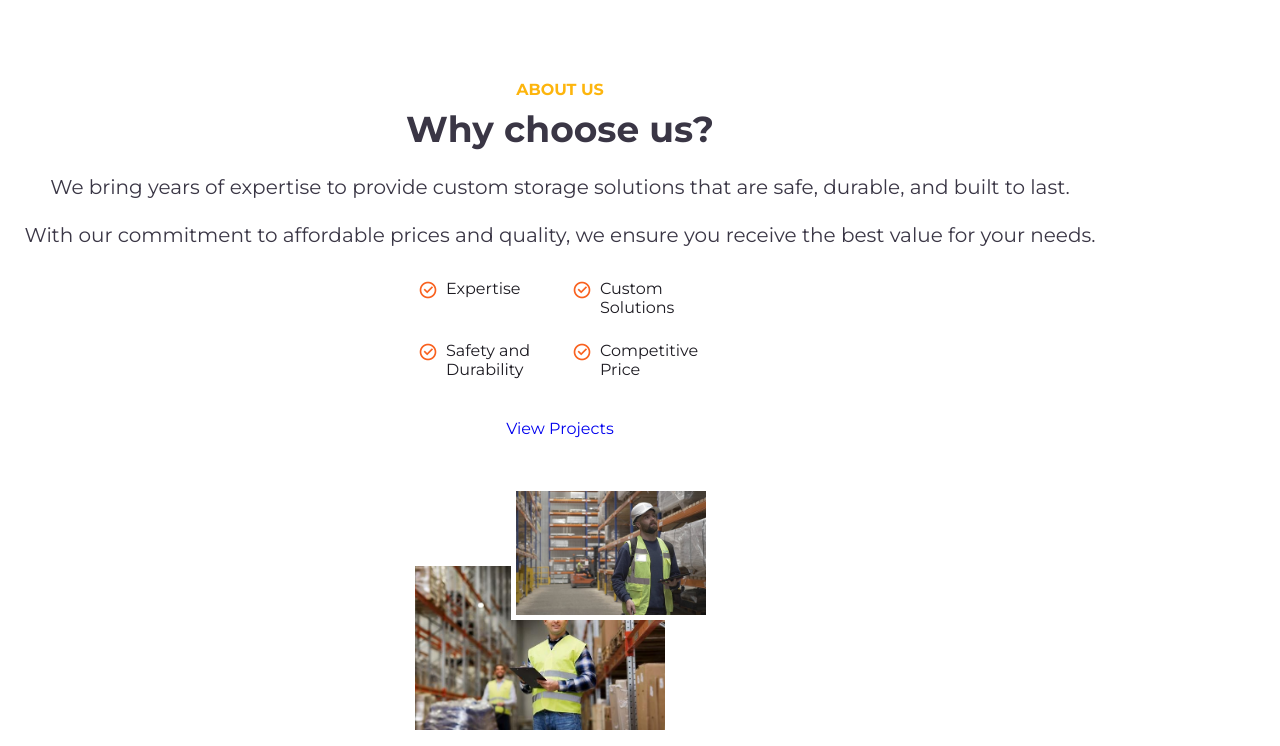
Repository: jahatesu/shelves-and-storage-equipment
Page: index.html
The author's editor kept a copy of each file at every save. The page is drawn from the files as they stood at one save, then again after the next save.
The browser window is 1280 px wide. The pictures show the part of the page from y = 720 to 1466 px (the page is 1466 px tall before and 1238 px after).
Backgrounds fixed to the window are drawn as part of the page. Some web fonts or font styles are not loaded; a fallback is used.

Above is the page before, as saved 2025-01-08 15:42:02.
Console error: TypeError: Cannot read properties of null (reading 'querySelector')

### index.html
<!DOCTYPE html>
<html lang="en">
<head>
    <meta charset="UTF-8">
    <meta name="viewport" content="width=device-width, initial-scale=1.0">
    <!-- Remix Icons -->
    <link rel="stylesheet" href="https://cdnjs.cloudflare.com/ajax/libs/remixicon/4.2.0/remixicon.css">
    <!-- Swiper CSS -->
    <link rel="stylesheet" href="assets\js\swiper-bundle.min.js" />
    <!-- CSS -->
    <link rel="stylesheet" href="style.css">
    <script src="https://cdnjs.cloudflare.com/ajax/libs/jquery/3.7.1/jquery.min.js"></script>
    <title>Shelves and Storage</title>
    <link rel="stylesheet" href="https://fonts.googleapis.com/css?family=Material+Symbols+Rounded&opsz,wght,FILL,GRAD@48,400,0,0" />
</head>

<body>

    <!-- Navigation Bar -->
    <header>
        <div class="logo">
            <img src="assets\images\logo.png" alt="Shelves and Storage Logo">
        </div>

        <div class="navigation">
            <input type="checkbox" id="nav-checkbox">
            <label for="nav-checkbox" class="nav-toggle">
                <i class="ri-menu-fill"></i>
            </label>

            <ul class="nav-menu">
                <li><a href="#">Home</a></li>
                <li><a href="#">About Us</a></li>
                <li><a href="#">Services</a></li>
                <li><a href="#">Products</a></li>
                <li><a href="#">Contact Us</a></li>
            </ul>
        </div>
    </header>

    <!-- Hero Section -->
    <div class="hero">
        <h1 class="animate__animated animate__fadeInDown">Shelves and Storage Equipment</h1>
        <h3 class="animate__animated animate__fadeInUp">Storage and Racking Expert</h3>
    </div>

    <!-- About Section -->
<section class="about section" id="about">
    <div class="about_container container grid">
        <div class="about_data">
            <span class="section_subtitle">ABOUT US</span>
            <h2 class="section_title">Why choose us?</h2>
            <p class="about_description">
                We bring years of expertise to provide custom storage solutions that are safe, durable, and built to last.
                <br><br>With our commitment to affordable prices and quality, we ensure you receive the best value for your needs.
            </p>
            <ul class="about_list grid">
                <li class="about_list-item">
                    <i class="ri-checkbox-circle-line"></i>
                    <span>Expertise</span>
                </li>
                <li class="about_list-item">
                    <i class="ri-checkbox-circle-line"></i>
                    <span>Custom Solutions</span>
                </li>
                <li class="about_list-item">
                    <i class="ri-checkbox-circle-line"></i>
                    <span>Safety and Durability</span>
                </li>
                <li class="about_list-item">
                    <i class="ri-checkbox-circle-line"></i>
                    <span>Competitive Price</span>
                </li>
            </ul>
            <a href="#projects" class="button">View Projects</a>
        </div>
        <div class="about_images">
            <img src="assets/images/about_img1.png" alt="image" class="about_img1">
            <img src="assets/images/about_img2.png" alt="image" class="about_img2">
        </div>
    </div>
</section>

    <!-- JavaScript -->
    <script src="main.js"></script>
</body>
</html>

### style.css
/* Import fonts */
@import url('https://fonts.googleapis.com/css2?family=Montserrat:wght@100..900&family=Open+Sans:ital,wght@0,300..800;1,300..800&display=swap');
@import url('https://cdnjs.cloudflare.com/ajax/libs/animate.css/4.1.1/animate.min.css');

/* root variable css */
:root{
    --header-height: 3.5rem;

    /* colors */
    /* hue, saturation, lightness */
    --first-color: hsl(18, 95%, 55%);
    --second-color: hsl(42, 98%, 52%);
    --first-gradient: linear-gradient(90deg,
                                    hsl(18, 95%, 55%),
                                    hsl(18, 98%, 64%));
    --title-color:hsl(255, 12%, 12%);
    --text-color: hsl(255, 12%, 24%);
    --text-color-light: hsl(255, 4%, 70%);
    --body-color: hsl(0, 0%, 100%);
    --container-color: hsl(0, 0%, 100%);
    --white-color: hsl(0, 0%, 100%);
    --black-color: hsl(255, 20%, 10%);
    --gray-border:hsl(255, 6%, 90%);
    --black-border: hsl(255, 10%, 20%);

    /* fonts and typography */
    /* .5 rem = 8px | 1rem = 16px */

    --body-font:"Montserrat", sans-serif;
    --big-font-size: 2.25rem;
    --h1-font-size: 1.5rem;
    --h2-font-size: 1.25rem;
    --h3-font-size: 1rem;
    --normal-font-size: .938rem;
    --small-font-size: .813rem;

    /* font weight */
    --font-regular: 400;
    --font-medium: 500;
    --font-semibold: 600;
    --font-bold: 700;

    /* z index */
    --z--tooltip: 10;
    --z-fixed: 100;
}

/* responsive typography */
@media screen and (min-width: 1150px) {
    :root{
        --big-font-size: 3.5rem;
        --h1-font-size: 2.25rem;
        --h2-font-size: 1.5rem;
        --h3-font-size: 1.25rem;
        --normal-font-size: 1rem; /* Fixed size for normal font */
        --small-font-size: .875rem; /* Increased small font size */
    }
}

/* Global styles */
* {
  margin: 0;
  padding: 0;
  box-sizing: border-box;
}

body {
    font-family: var(--body-font);
    font-size: var(--normal-font-size);
    background-color: var(--body-color);
    color: var(--text-color);
}

html{
    scroll-behavior: smooth;
}

body, ul, a{
    margin: 0;
    padding: 0;
    font-family: 'Montserrat', sans-serif;
}

/* h1, h2, h3, h4 {
    color: var(--title-color);
    font-weight: var(--font-semi-bold);
    margin: 10px 0;
    line-height: 1.2;
} */

/* Typography scaling for responsiveness */
h1 {
    font-size: 2.5rem; /* Scales with viewport width */
}
h2 {
    font-size: 2rem;
}
h3 {
    font-size: 1.75rem;
}
p {
    font-size: 1rem;
}

/* Media queries for responsiveness */
@media (min-width: 768px) {
    h1 {
        font-size: 3rem;
    }
    h2 {
        font-size: 2.5rem;
    }
    h3 {
        font-size: 2rem;
    }
    p {
        font-size: 1.125rem;
    }
}

@media (min-width: 1024px) {
    h1 {
        font-size: 3.5rem;
    }
    h2 {
        font-size: 3rem;
    }
    h3 {
        font-size: 2.5rem;
    }
    p {
        font-size: 1.25rem;
    }
}

/* General layout for larger screens */
@media (min-width: 1440px) {
    .container {
        padding: 30px;
    }
    h1 {
        font-size: 4rem;
    }
    h2 {
        font-size: 2rem;
    }
    h3 {
        font-size: 3rem;
    }
    p {
        font-size: 1rem;
    }

}

ul{
    list-style: none;
}

a{
    text-decoration: none;
}

img{
    display: block;
    max-width: 100%;
    height: auto;
    object-fit: contain;
}

/* Hide checkbox and toggle button initially */
#nav-checkbox,
.nav-toggle {
  display: none;
}

/* Hero section styles */
.hero {
  background: linear-gradient(rgba(0, 0, 0, 0.8), rgba(0, 0, 0, 0.6)),
    url("heroBG.jpg") no-repeat fixed bottom / cover;
  min-height: 100vh;
  display: flex;
  flex-direction: column;
  justify-content: center;
  align-items: center;
  text-align: center;
  /* width: 100%; */
}

.hero h1 {
  color: hsl(233, 39%, 23%);
  font-size: 60px;
  line-height: 1;
  text-shadow:
    0.5px 0.5px 0px #fff, /* Bottom-right shadow */
    -0.5px 0.5px 0px #fff, /* Bottom-left shadow */
    0.5px -0.5px 0px #fff, /* Top-right shadow */
    -0.5px -0.5px 0px #fff; /* Top-left shadow */
}

.hero h3 {
  color: #ffffff;
  /* position: static; */
  font-size: 26px;
  font-weight: normal;
  margin: 15px 0;
  line-height: 1;
  text-shadow:
    0.3px 0.3px 0px #fff, /* Bottom-right shadow */
    -0.3px 0.3px 0px #fff, /* Bottom-left shadow */
    0.3px -0.3px 0px #fff, /* Top-right shadow */
    -0.3px -0.3px 0px #fff; /* Top-left shadow */
}

/* Header styles */
header {
  position: fixed;
  top: 0;
  left: 0;
  width: 100%;
  display: flex;
  align-items: center;
  justify-content: space-around;
  padding: 20px 0;
  transition: background-color 0.5s ease;
  z-index: 1;
}

.logo h2 {
  color: #fff;
  text-transform: uppercase;
  font-weight: normal;
}

/* Navigation menu styles */
.nav-menu {
  display: flex;
  list-style: none;
}

.nav-menu li {
  display: inline-block;
}

.nav-menu li a {
  color: #fff;
  text-decoration: none;
  font-size: 1.2rem;
  padding: 0 15px;
}

.nav-menu li a:hover {
  color: hsl(18, 84%, 44%);
}

.active {
  background: hsl(18, 84%, 44%);
}

.active a:hover {
  color: #fff !important;
  text-decoration: underline;
}

.nav-toggle {
  display: none;
  font-size: 2rem;
  cursor: pointer;
  color: white;
}

/* Responsive menu styles */
@media (max-width: 768px) {
    .nav-menu {
        display: none;
        flex-direction: column;
        position: absolute;
        top: 60px;
        right: 20px;
        background-color: rgba(0, 0, 0, 0.9);
        border-radius: 8px;
        padding: 10px;
    }

    .nav-menu li {
        margin: 10px 0;
    }

    .nav-menu li a {
        font-size: 1.2rem;
    }

    .nav-toggle {
        display: block;
    }

    #nav-checkbox:checked ~ .nav-menu {
        display: flex;
    }

    header {
        justify-content: space-between;
        padding: 10px 20px;
    }
}

.logo img {
    max-width: 250px;
    height: auto;
    display: block;
    transition: all 0.3s ease;
}

/* Adjust logo size for smaller screens */
@media (max-width: 768px) {
    .logo img {
        max-width: 150px; /* Smaller logo for mobile */
        padding-top: 20px;
    }
}

/* About Section */
.container{
    max-width: 1120px;
}

.grid{
    display: grid;
    gap: 1.5rem;

}

.section{
    padding-block: 5rem 1rem;
}

.section_title{
    text-align: center;

}

.about_data {
    text-align: center;
}

.section_title{
    font-size: var(--h1-font-size);
    font-weight: var(--font-bold);
    margin-bottom: 1.5rem;
}

.section_subtitle {
    display: block;
    text-align: center;
    font-size: var(--normal-font-size);
    font-weight: var(--font-bold);
    color: var(--second-color);
    margin-bottom: .5rem;
}


.about_container{
    row-gap: 8rem;
}

.about_data{
    text-align: center;
}

.about_description{
    margin-bottom: 2rem;
}

.about_list{
    text-align: initial;
    grid-template-columns: repeat(2, 130px);
    justify-content: center;
    gap: 1.5rem;
    margin-bottom: 2.5rem;
}

.about_list-item{
    display: flex;
    column-gap: .5rem;
    color: var(--title-color);
}

.about_list-item i{
    font-size: 1.25rem;
    color: var(--first-color)
}

.about_images{
    position: relative;
    justify-self: center;
}

.about_img1{
    width: 200px;
    border: 5px solid var(--body-color);
    position: absolute;
    top: -5rem;
    left: 6rem;
}

.about_img2{
    width: 250px;
    margin-right: 2.5rem;
}

### main.js
$(document).ready(function() {
  $(window).bind('scroll', function(){
    var gap = 50;
    if ($(window).scrollTop() > gap) {
      $('header').addClass('active');
    } else {
      $('header').removeClass('active');
    }
  });
});

document.addEventListener('DOMContentLoaded', function () {
  const navToggle = document.querySelector('.nav-toggle');
  const navMenu = document.querySelector('.nav-menu');

  navToggle.addEventListener('click', function () {
      navMenu.classList.toggle('show-menu');
  });
});

const initSlider = () => {
  const imageList = document.querySelector(".slider-wrapper .image-list");
  const slideButtons = document.querySelectorAll(".slider-wrapper .slide-button");
  const sliderScrollbar = document.querySelector(".container .slider-scrollbar");
  const scrollbarThumb = sliderScrollbar.querySelector(".scrollbar-thumb");
  const maxScrollLeft = imageList.scrollWidth - imageList.clientWidth;

  // Slide images according to the slide button clicks
  slideButtons.forEach(button => {
      button.addEventListener("click", () => {
          const direction = button.id === "prev-slide" ? -1 : 1;
          const scrollAmount = imageList.clientWidth * direction;
          imageList.scrollBy({ left: scrollAmount, behavior: "smooth" });
      });
  });

  const handleSlideButtons = () =>{
      slideButtons[0].computedStyleMap.display = imageList.scrollLeft <= 0 ? "none" : "block";
      slideButtons[1].computedStyleMap.display = imageList.scrollLeft >= maxScrollLeft ? "none" : "block";
  }

  //update scroll bar position
  const updateScrollThumbPosition = () => {
      const scrollPosition = imageList.scrollLeft;
      const thumbPosition = (scrollPosition / maxScrollLeft) * (sliderScrollbar.clientWidth - scrollbarThumb .offsetWidth);
      scrollbarThumb.style.left = `${thumbPosition}px`;
  }

  imageList.addEventListener("scroll", () => {
      handleSlideButtons();
      updateScrollThumbPosition();
  });
};

window.addEventListener("load", initSlider);

Loaded but not shown: assets/js/swiper-bundle.min.js (library)

After the next save:
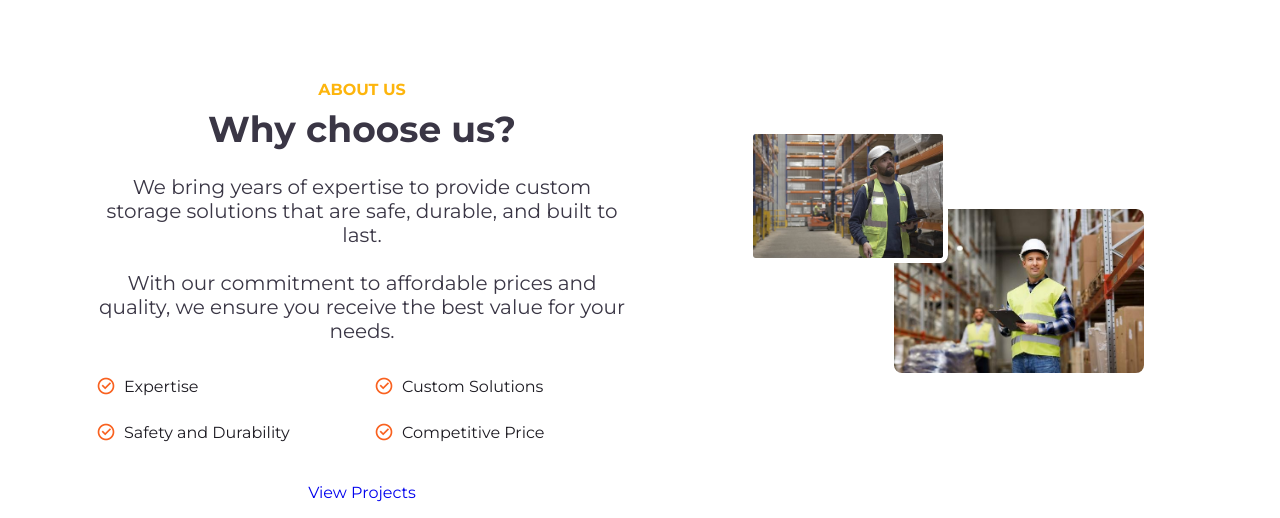
Saved 35 s later.
--- a/style.css
+++ b/style.css
@@ -320,30 +320,23 @@ header {
 }
 
 /* About Section */
-.container{
+.container {
     max-width: 1120px;
-}
-
-.grid{
+    margin: 0 auto;
+    padding: 0 1rem;
+}
+
+.grid {
     display: grid;
     gap: 1.5rem;
-
-}
-
-.section{
+}
+
+.section {
     padding-block: 5rem 1rem;
 }
 
-.section_title{
+.section_title {
     text-align: center;
-
-}
-
-.about_data {
-    text-align: center;
-}
-
-.section_title{
     font-size: var(--h1-font-size);
     font-weight: var(--font-bold);
     margin-bottom: 1.5rem;
@@ -358,44 +351,54 @@ header {
     margin-bottom: .5rem;
 }
 
-
-.about_container{
+.about_container {
     row-gap: 8rem;
-}
-
-.about_data{
+    display: grid;
+    grid-template-columns: 1fr;
+}
+
+.about_data {
     text-align: center;
 }
 
-.about_description{
+.about_description {
     margin-bottom: 2rem;
 }
 
-.about_list{
-    text-align: initial;
-    grid-template-columns: repeat(2, 130px);
+.about_list {
+    display: grid;
+    grid-template-columns: repeat(2, 1fr);
     justify-content: center;
     gap: 1.5rem;
     margin-bottom: 2.5rem;
 }
 
-.about_list-item{
+.about_list-item {
     display: flex;
-    column-gap: .5rem;
+    align-items: center;
+    gap: .5rem;
     color: var(--title-color);
 }
 
-.about_list-item i{
+.about_list-item i {
     font-size: 1.25rem;
-    color: var(--first-color)
-}
-
-.about_images{
+    color: var(--first-color);
+}
+
+.about_images {
+    display: flex;
+    justify-content: center;
+    gap: 1rem;
     position: relative;
-    justify-self: center;
-}
-
-.about_img1{
+}
+
+.about_img1, .about_img2 {
+    max-width: 100%;
+    height: auto;
+    border-radius: .5rem;
+}
+
+.about_img1 {
     width: 200px;
     border: 5px solid var(--body-color);
     position: absolute;
@@ -403,7 +406,19 @@ header {
     left: 6rem;
 }
 
-.about_img2{
+.about_img2 {
     width: 250px;
     margin-right: 2.5rem;
 }
+
+/* Responsive Design */
+@media (min-width: 768px) {
+    .about_container {
+        grid-template-columns: 1fr 1fr;
+        align-items: center;
+    }
+
+    .about_images {
+        justify-content: flex-end;
+    }
+}
